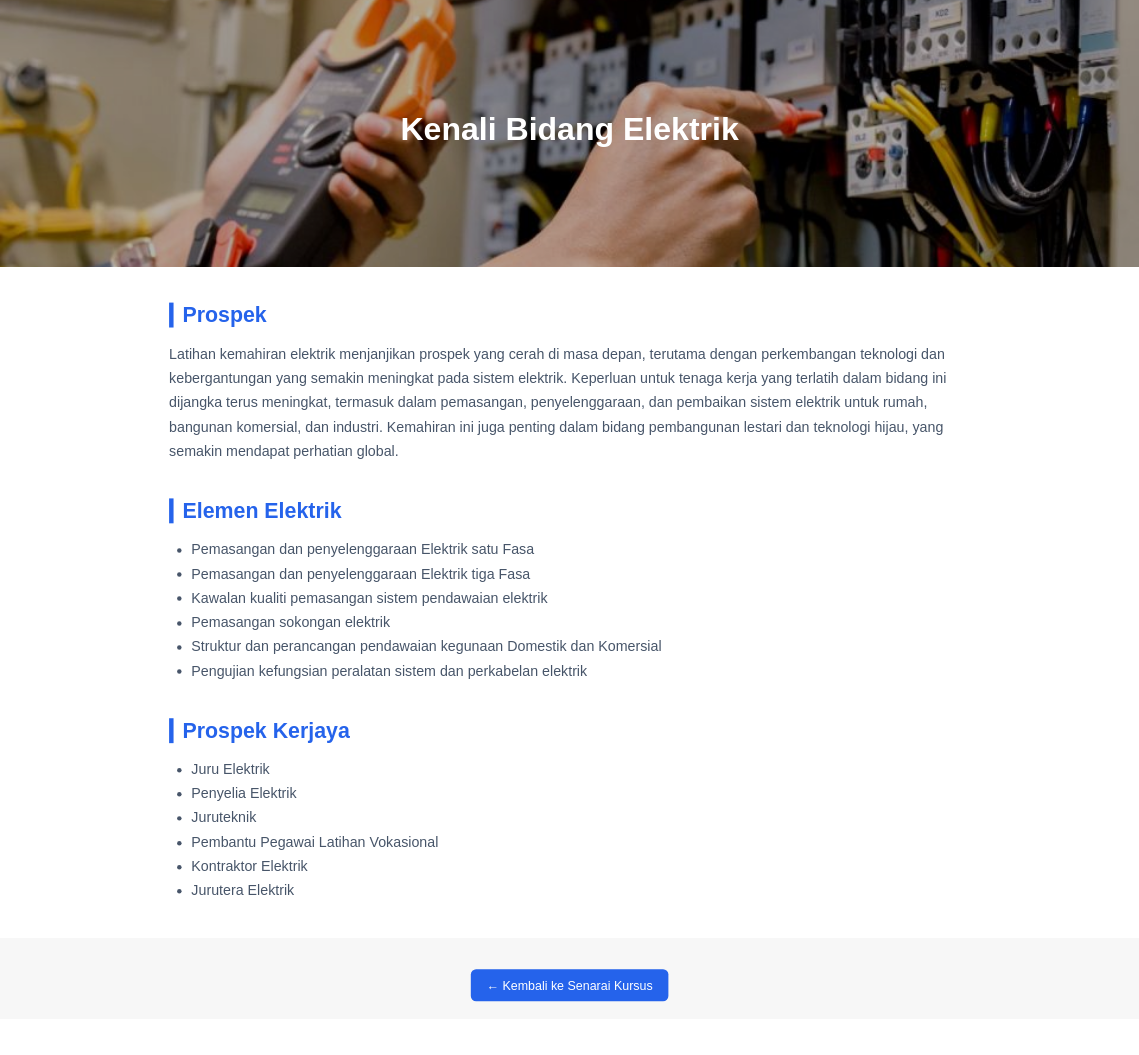
Repository: Aliyamai/SPB1K
Page: kursusElektrik.html
The author's editor kept a copy of each file at every save. The page is drawn from the files as they stood at one save, then again after a run of saves.
The browser window is 1280 px wide. The pictures show the whole page, at 89% of full size.

Above is the page before, as saved 2025-11-19 10:41:14.

### kursusElektrik.html
<!DOCTYPE html>
<html lang="ms">
<head>
  <meta charset="UTF-8">
  <meta name="viewport" content="width=device-width, initial-scale=1.0">
  <title>Elemen Elektrik - Kursus TVET</title>
  <link rel="stylesheet" href="style.css">
</head>
<body>

  <!-- Header / Banner -->
  <section class="banner">
    <img src="assets/images/electric.jpg" alt="Kursus Elemen Elektrik">
    <div class="banner-text">
      <h1>Kenali Bidang Elektrik</h1>
       </div>
  </section>

  <!-- Kenali Bidang -->
  <section class="content">
    <h2>Prospek</h2>
    <p>
      Latihan kemahiran elektrik menjanjikan prospek yang cerah di masa depan, terutama dengan perkembangan teknologi dan kebergantungan yang semakin meningkat pada sistem elektrik.
      Keperluan untuk tenaga kerja yang terlatih dalam bidang ini dijangka terus meningkat, termasuk dalam pemasangan, penyelenggaraan, dan pembaikan sistem elektrik untuk rumah, bangunan komersial, dan industri.
      Kemahiran ini juga penting dalam bidang pembangunan lestari dan teknologi hijau, yang semakin mendapat perhatian global.
    </p>
  </section>

  <!-- Elemen Kursus -->
  <section class="content">
    <h2>Elemen Elektrik</h2>
    <ul>
      <li>Pemasangan dan penyelenggaraan Elektrik satu Fasa</li>
      <li>Pemasangan dan penyelenggaraan Elektrik tiga Fasa</li>
      <li>Kawalan kualiti pemasangan sistem pendawaian elektrik</li>
      <li>Pemasangan sokongan elektrik</li>
      <li>Struktur dan perancangan pendawaian kegunaan Domestik dan Komersial</li>
      <li>Pengujian kefungsian peralatan sistem dan perkabelan elektrik</li>
    </ul>
  </section>

  <!-- Prospek Kerjaya -->
  <section class="content">
    <h2>Prospek Kerjaya</h2>
    <ul>
      <li>Juru Elektrik</li>
      <li>Penyelia Elektrik</li>
      <li>Juruteknik</li>
      <li>Pembantu Pegawai Latihan Vokasional</li>
      <li>Kontraktor Elektrik</li>
      <li>Jurutera Elektrik</li>
    </ul>
  </section>

  <footer>
    <a href="kursus.html" class="btn">← Kembali ke Senarai Kursus</a>
  </footer>

</body>
</html>

### style.css
body {
  margin: 0;
  font-family: 'Poppins', sans-serif;
  background: #ffffff;
  color: #222;
}


.logo img {
  height: 90px;
  width: auto;
  object-fit: contain;
  display: block;
}

nav a {
  color: white;
  text-decoration: none;
  margin-left: 25px;
  font-weight: 600;
}

nav a.active {
  border-bottom: 2px solid #fff;
}

/* Hero Section */
.hero {
  position: relative;
  display: flex;
  align-items: center;
  justify-content: space-between;
  padding: 60px 10%;
  background: #f3f2f1;
  overflow: hidden;
}

.hero::before {
  content: "";
  position: absolute;
  top: 0;
  left: 0;
  width: 100%;
  height: 100%;
  background: url('assets/images/electric.jpg') center/cover no-repeat;
  opacity: 0.3;
  z-index: 0;
}

.hero > * {
  position: relative;
  z-index: 1;
}


.hero-text {
  max-width: 50%;
}

.hero-text h1 {
  font-size: 36px;
  color: #1a1a1a;
}

.hero-text p {
  color: #1a1a1aff;
  line-height: 1.6;
}

.hero img {
  width: 40%;
  border-radius: 10px;
  box-shadow: 0 8px 25px rgba(0,0,0,0.1);
}

.btn {
  display: inline-block;
  background: #ff8a00;
  color: #fff;
  padding: 10px 20px;
  border-radius: 8px;
  text-decoration: none;
  font-weight: 600;
  margin-top: 15px;
  transition: background 0.3s ease;
}

.btn:hover {
  background: #e67600;
}

.about {
  padding: 60px 10%;
  text-align: center;
}

.about h2 {
  color: #ff8a00;
  font-size: 28px;
}

.misi-visi {
  display: flex;
  justify-content: center;
  gap: 25px;
  margin-top: 30px;
}

.card {
  background: #fff;
  border: 1px solid #eee;
  border-radius: 10px;
  padding: 20px;
  width: 250px;
  box-shadow: 0 4px 10px rgba(0,0,0,0.05);
}

.card h3 {
  color: #ff8a00;
}



/* Footer */
footer {
  background: #f7f7f7;
  text-align: center;
  padding: 20px 0;
  color: #666;
  font-size: 14px;
}

/* About Section */
.about {
  padding: 70px 20px;
  max-width: 1000px;
  margin: auto;
  border-radius: 12px;
  line-height: 1.8;
  animation: fadeIn 1s ease-in-out;
}

/* Misi Section */
.misi {
  padding: 70px 20px;
  background: #ff95001a;
}

.misi h2 {
  text-align: center;
  color: #002b5c;
  font-size: 1.8rem;
}

.misi .intro, .misi .closing {
  max-width: 900px;
  margin: 20px auto;
  line-height: 1.8;
  text-align: center;
}

.misi-list {
  display: grid;
  grid-template-columns: repeat(auto-fit, minmax(280px, 1fr));
  gap: 25px;
  margin: 40px auto;
  max-width: 1000px;
}

.misi-list .card {
  background: white;
  padding: 25px;
  border-radius: 12px;
  box-shadow: 0 3px 10px rgba(0,0,0,0.1);
  transition: transform 0.3s ease;
}

.misi-list .card:hover {
  transform: translateY(-5px);
}

.misi-list h3 {
  color: #ff9500;
  margin-bottom: 10px;
}


/* page projek */

.projek-hero {
  background: linear-gradient(rgba(0,43,92,0.7), rgba(0,43,92,0.7)),
              url('assets/images/flyer.jpg') center/cover no-repeat;
  color: white;
  text-align: center;
  padding: 100px 20px;
  animation: fadeIn 1s ease-in-out;
}

.projek-hero h1 {
  font-size: 2rem;
  color: #ff9500;
}

.projek-intro {
  max-width: 900px;
  margin: 60px auto;
  padding: 0 20px;
  line-height: 1.8;
  color: #333;
  animation: fadeIn 1s ease-in-out;
}

.projek-detail {
  display: flex;
  justify-content: center;
  align-items: flex-start;
  flex-wrap: wrap;
  gap: 40px;
  padding: 60px 20px;
  background: #f8f9fb;
}

.kriteria, .kelebihan {
  background: white;
  border-radius: 12px;
  padding: 25px;
  box-shadow: 0 3px 10px rgba(0,0,0,0.1);
  width: 400px;
  animation: fadeInUp 1s ease;
}

.kriteria h2, .kelebihan h2 {
  color: #002b5c;
  margin-bottom: 15px;
  border-left: 6px solid #ff9500;
  padding-left: 10px;
}

.kriteria ul, .kelebihan ul {
  list-style: none;
  padding: 0;
}

.kriteria li, .kelebihan li {
  margin: 8px 0;
  padding-left: 20px;
  position: relative;
}

.kriteria li::before, .kelebihan li::before {
  content: "✔";
  color: #ff9500;
  position: absolute;
  left: 0;
}

.note {
  font-size: 0.9rem;
  color: #666;
  margin-top: 10px;
}

/* Animasi */
@keyframes fadeInUp {
  from { opacity: 0; transform: translateY(30px); }
  to { opacity: 1; transform: translateY(0); }
}

/* senarai kursus */

body {
  font-family: 'Poppins', sans-serif;
  margin: 0;
  padding: 0;
  background: #f8f9fa;
  color: #333;
}

header {
  background: #1e293b;
  color: #fff;
  padding: 20px;
  text-align: center;
}

h1 {
  margin: 0;
  font-size: 28px;
}

.container {
  width: 90%;
  max-width: 1100px;
  margin: 30px auto;
}

.section-title {
  font-size: 24px;
  margin: 20px 0;
  border-left: 5px solid #2563eb;
  padding-left: 10px;
  color: #2563eb;
}

.kursus-grid {
  display: grid;
  grid-template-columns: repeat(auto-fit, minmax(250px, 1fr));
  gap: 20px;
}

.kursus-card {
  background: #fff;
  border-radius: 10px;
  box-shadow: 0 3px 10px rgba(0, 0, 0, 0.1);
  overflow: hidden;
  transition: transform 0.2s ease, box-shadow 0.2s ease;
}

.kursus-card:hover {
  transform: translateY(-5px);
  box-shadow: 0 6px 15px rgba(0, 0, 0, 0.15);
}

.kursus-img {
  width: 100%;
  height: 180px;
  overflow: hidden;
}

.kursus-img img {
  width: 100%;
  height: 100%;
  object-fit: cover;
}

.kursus-info {
  padding: 15px;
  text-align: center;
}

.kursus-info h3 {
  margin: 0 0 10px 0;
  font-size: 18px;
  color: #1e293b;
}

.kursus-info p {
  font-size: 14px;
  color: #475569;
  margin-bottom: 15px;
}

.btn {
  display: inline-block;
  background: #f97316;
  color: #fff;
  text-decoration: none;
  padding: 8px 14px;
  border-radius: 6px;
  font-size: 14px;
  font-weight: 500;
  transition: background 0.2s ease;
}

.btn:hover {
  background: #ea580c;

}


body {
  margin: 0;
  font-family: 'Poppins', sans-serif;
  background: #fff;
  color: #222;
}

/* header betul */
header {
  display: flex;
  justify-content: space-between;
  align-items: center;
  padding: 15px 40px;
  background: #fffffe;
  color: white;
}

.logo img {
  height: 90px;
  width: auto;
  object-fit: contain;
  display: block;
}

nav a {
  color: rgb(233, 109, 19);
  text-decoration: none;
  margin-left: 25px;
  font-weight: 600;
  position: relative;
}

nav a.active::after {
  content: "";
  position: absolute;
  bottom: -3px;
  left: 0;
  width: 100%;
  height: 2px;
  background: rgb(233, 109, 19);
  border-radius: 2px;
}

nav a:hover {
  opacity: 0.8;
}

.container {
  width: 90%;
  max-width: 1200px;
  margin: 50px auto;
}

h2 {
  color: #f97316;
  border-left: 6px solid #f97316;
  padding-left: 10px;
  margin-bottom: 25px;
}

.kursus-section {
  margin-bottom: 70px;
}


.grid {
  display: grid;
  grid-template-columns: repeat(auto-fit, minmax(300px, 1fr));
  gap: 30px;
}

.card {
  background: #fff;
  border-radius: 16px;
  box-shadow: 0 5px 15px rgba(0,0,0,0.1);
  overflow: hidden;
  transition: all 0.35s ease;
}

.card:hover {
  transform: translateY(-6px);
  box-shadow: 0 10px 25px rgba(0,0,0,0.15);
}

.card img {
  width: 100%;
  height: 200px;
  object-fit: cover;
  display: block;
  transition: transform 0.4s ease;
}

.card:hover img {
  transform: scale(1.07);
}

.card-content {
  padding: 20px;
  text-align: center;
}

.card-content h3 {
  font-size: 20px;
  margin-bottom: 15px;
  color: #1e293b;
}

.btn {
  display: inline-block;
  background: #f97316;
  color: #fff;
  padding: 10px 18px;
  border-radius: 8px;
  text-decoration: none;
  font-weight: 500;
  transition: 0.25s;
}

.btn:hover {
  background: #ea580c;
}

footer {
  text-align: center;
  margin: 40px 0;
}

footer .btn {
  background: #2563eb;
  color: #fff;
  padding: 10px 18px;
  border-radius: 6px;
  text-decoration: none;
  font-weight: 500;
  transition: 0.25s;
}

footer .btn:hover {
  background: #1d4ed8;
}

.banner {
  position: relative;
  width: 100%;
  height: 300px;
  overflow: hidden;
}

.banner img {
  width: 100%;
  height: 100%;
  object-fit: cover;
  filter: brightness(70%);
}

.banner-text {
  position: absolute;
  top: 50%;
  left: 50%;
  transform: translate(-50%, -50%);
  color: #fff;
  text-align: center;
}

.banner-text h1 {
  font-size: 36px;
  margin-bottom: 10px;
}

.banner-text p {
  font-size: 18px;
}

.content {
  width: 90%;
  max-width: 900px;
  margin: 40px auto;
}

.content h2 {
  color: #2563eb;
  border-left: 5px solid #2563eb;
  padding-left: 10px;
  margin-bottom: 15px;
}

.content p, .content ul {
  color: #475569;
  line-height: 1.7;
}

.content ul {
  list-style-type: disc;
  padding-left: 25px;
}

After the next 2 saves:
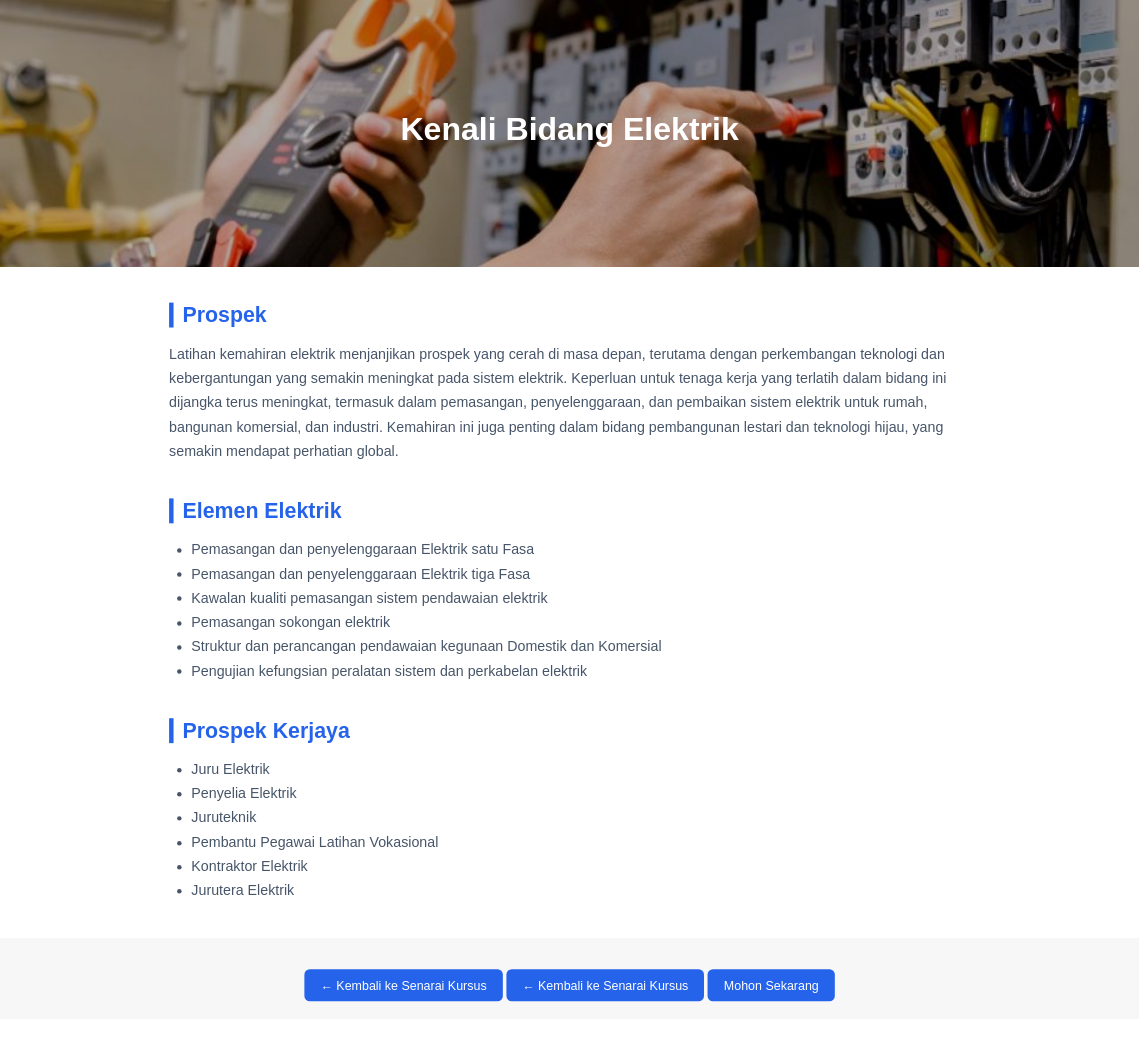
The 2 saves are shown as one change because they came seconds apart.
The last was saved 46 h 28 min later.
--- a/kursusElektrik.html
+++ b/kursusElektrik.html
@@ -54,6 +54,8 @@
 
   <footer>
     <a href="kursus.html" class="btn">← Kembali ke Senarai Kursus</a>
+    <a href="kursus.html" class="btn">← Kembali ke Senarai Kursus</a>
+    <a href="borangElektrik.html" class="btn">Mohon Sekarang</a>
   </footer>
 
 </body>
